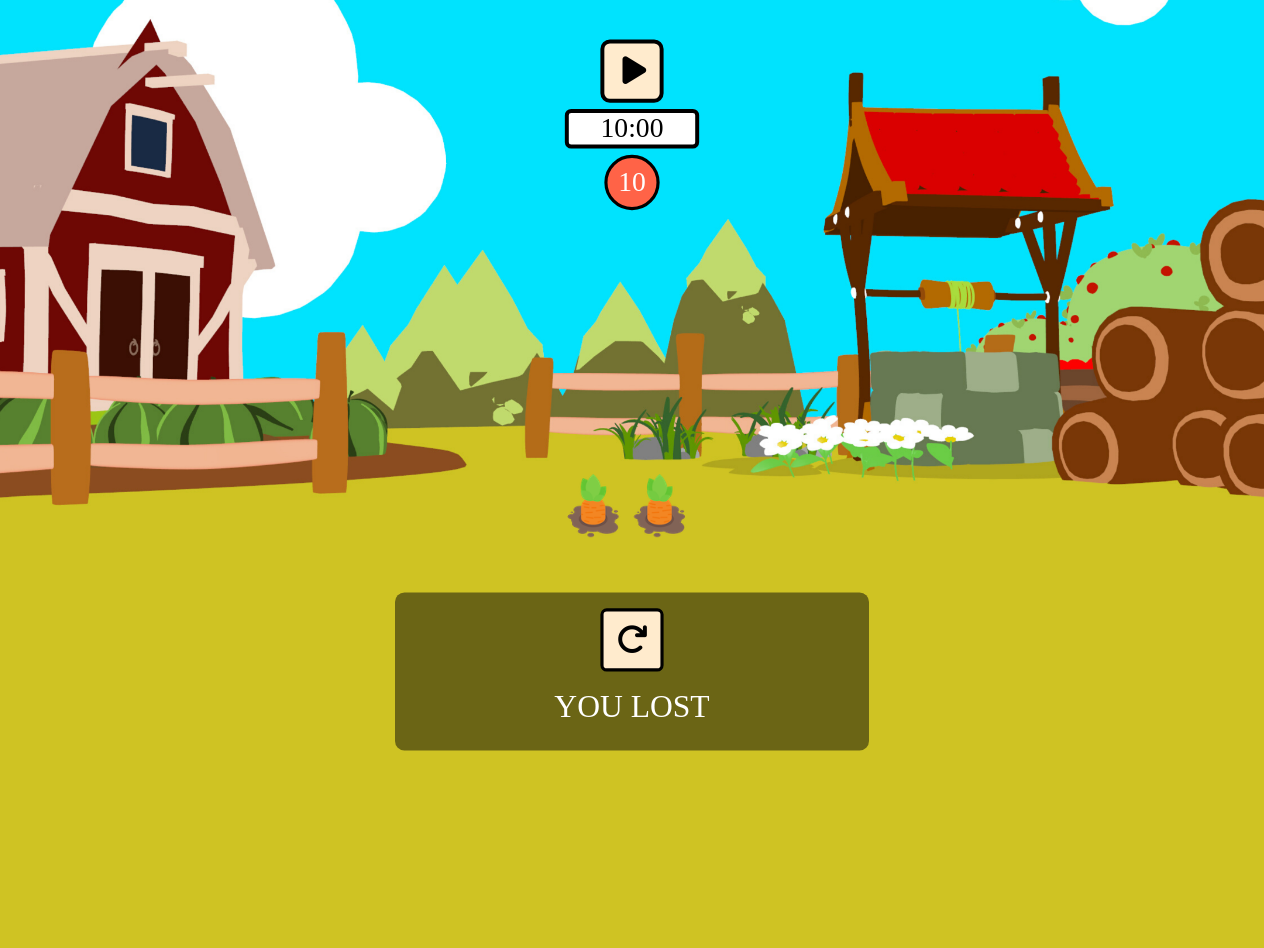
Repository: keehoonjung/Bug-Game
Page: index.html
These files come from the project's save history. The page is drawn as it stood at one moment and after the next save; the edit follows.
The browser window is 1280 px wide. The page is 1600 px wide, then 1280 px, so the pictures cover 1600 px, including what lies to the right of the window. The pictures show the whole page, at 79% of full size.
Some web libraries are served in a nearby version.

Above is the page before, as saved 2021-08-10 11:16:48.

After the next save:
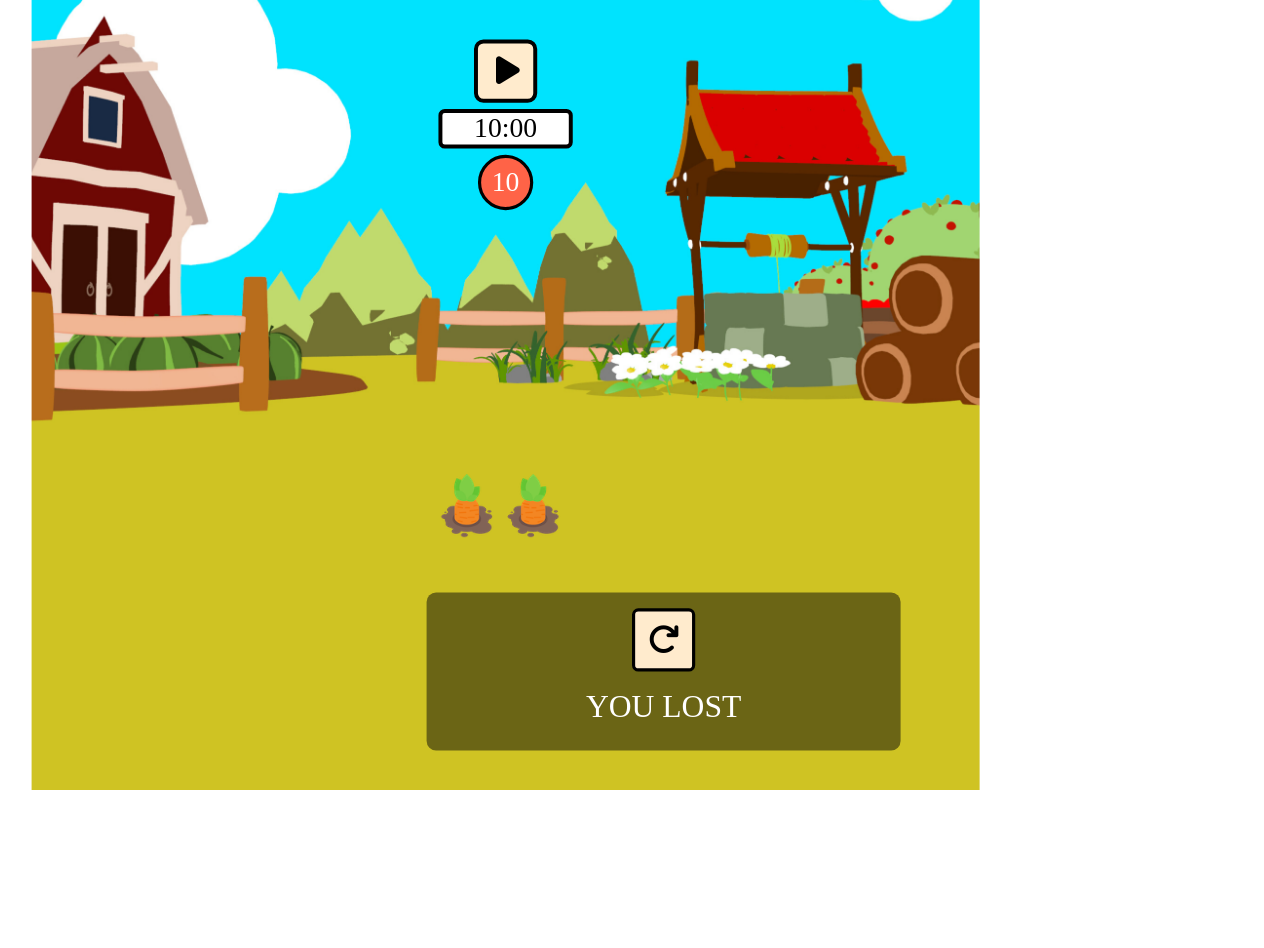
Saved 3 min 44 s later.
--- a/style.css
+++ b/style.css
@@ -9,8 +9,8 @@ body {
 
 .container {
   background: center/ cover no-repeat url(/img/background.png);
-  width: 1600px;
-  height: 1200px;
+  width: 1200px;
+  height: 1000px;
   margin: auto;
 }
 
